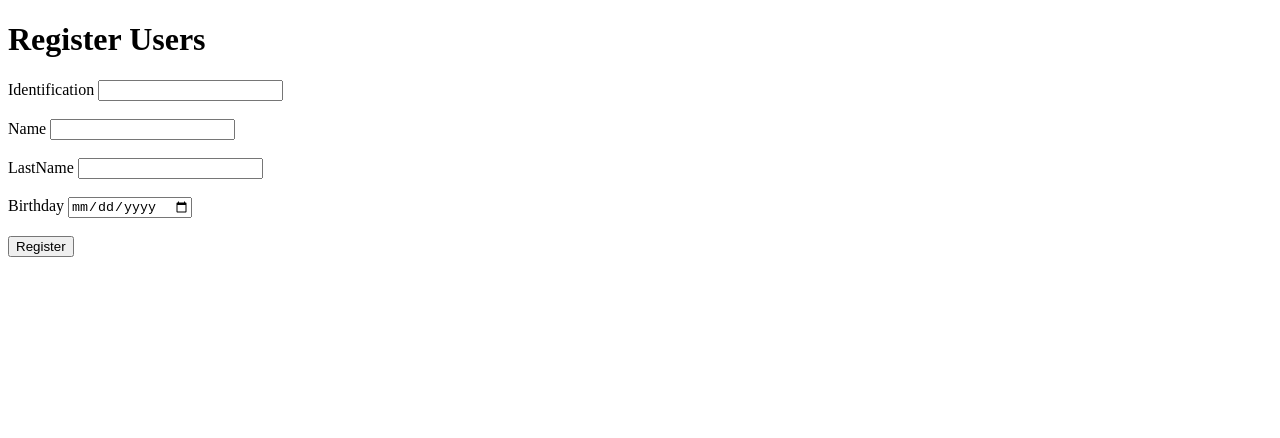
Repository: julioangarita/cloud_aws_ex
Page: http://localhost/register_page
The author's editor kept a record of every edit. The page is drawn from the files as they stood at one moment, then again after the next edit.
The browser window is 1280 px wide. The pictures show the whole page.
The page is served by the project's application, run on Flask 3 (server.py).

Above is the page before.

### templates/register.html
<!DOCTYPE html>
<html>
    <head>
        <meta http-equiv="content-type" content="text/html; charset=utf-8" />
        <title>Web Page</title>

    </head>
    <body>
        <h1>Register Users</h1>
        <form>
            <label>Identification</label> <input type="number" /><br><br>
            <label>Name</label> <input type="text" /><br><br>
            <label>LastName</label> <input type="text" /><br><br>
            <label>Birthday</label> <input type="date" /><br><br>
            <button>Register</button>

        </form>
    </body>
</html>

### server.py
from flask import Flask, render_template

app = Flask(__name__)

@app.route("/") # el '/' significa ruta raiz
def home():
    return render_template('home.html')

@app.route("/register_page")
def register_page():
    return render_template('register.html')


@app.route("/register_user", methods = ["post"]) #el metodo corresponde a los usados en html son , get post, etc
def register_user():
    return "Ok"





if __name__ =="__main__":
    host = "127.0.0.1"
    port = "8080"
    app.run(host, port) #este es un metodo de flask para correr un server

### static/css/styleregister.css
button {
    font-size: 25px;
    background-color: black;
    color: white;
    border-radius: 10px;
    padding: 5px;
    margin-left: 1%;
    margin-right: 1%;
}

h1 {
    text-align: center;
    font-size: 70px;
}

body {
    background-color: aqua;

}

form{
    text-align: center;
}

### static/js/appregister.js
function registerUser(){
    alert("Boton de registro clickeado")
}

After the next edit:
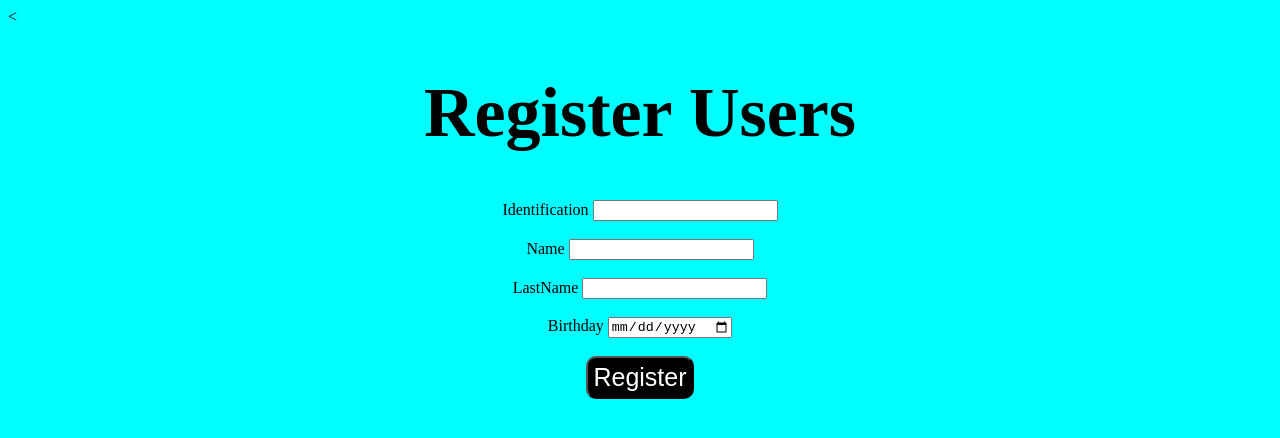
Not found: static/css/appregister.js
The edit:
--- a/templates/register.html
+++ b/templates/register.html
@@ -3,6 +3,8 @@
     <head>
         <meta http-equiv="content-type" content="text/html; charset=utf-8" />
         <title>Web Page</title>
+        <link rel="stylesheet" href="../static/css/styleregister.css" type="text/css" media="all" />
+        <<script src="../static/css/appregister.js" type="text/javascript" charset="utf-8"></script>
 
     </head>
     <body>

After the 2 edits that followed:
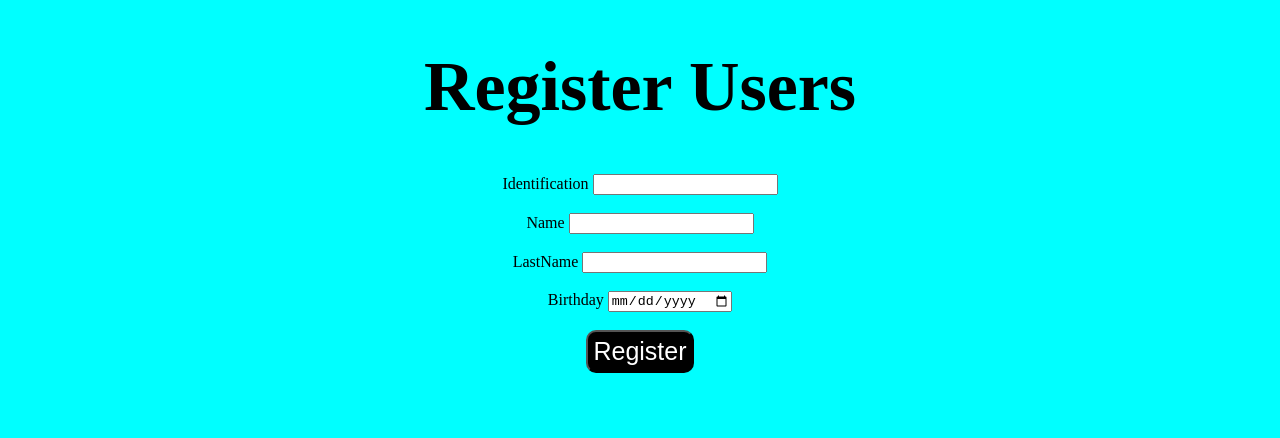
The 2 edits are shown as one change because 1 left the picture as it was.
The edit:
--- a/templates/register.html
+++ b/templates/register.html
@@ -4,7 +4,7 @@
         <meta http-equiv="content-type" content="text/html; charset=utf-8" />
         <title>Web Page</title>
         <link rel="stylesheet" href="../static/css/styleregister.css" type="text/css" media="all" />
-        <<script src="../static/css/appregister.js" type="text/javascript" charset="utf-8"></script>
+        <script src="../static/js/appregister.js" type="text/javascript" charset="utf-8"></script>
 
     </head>
     <body>
@@ -14,7 +14,7 @@
             <label>Name</label> <input type="text" /><br><br>
             <label>LastName</label> <input type="text" /><br><br>
             <label>Birthday</label> <input type="date" /><br><br>
-            <button>Register</button>
+            <button onClick="registerUser()">Register</button>
 
         </form>
     </body>
